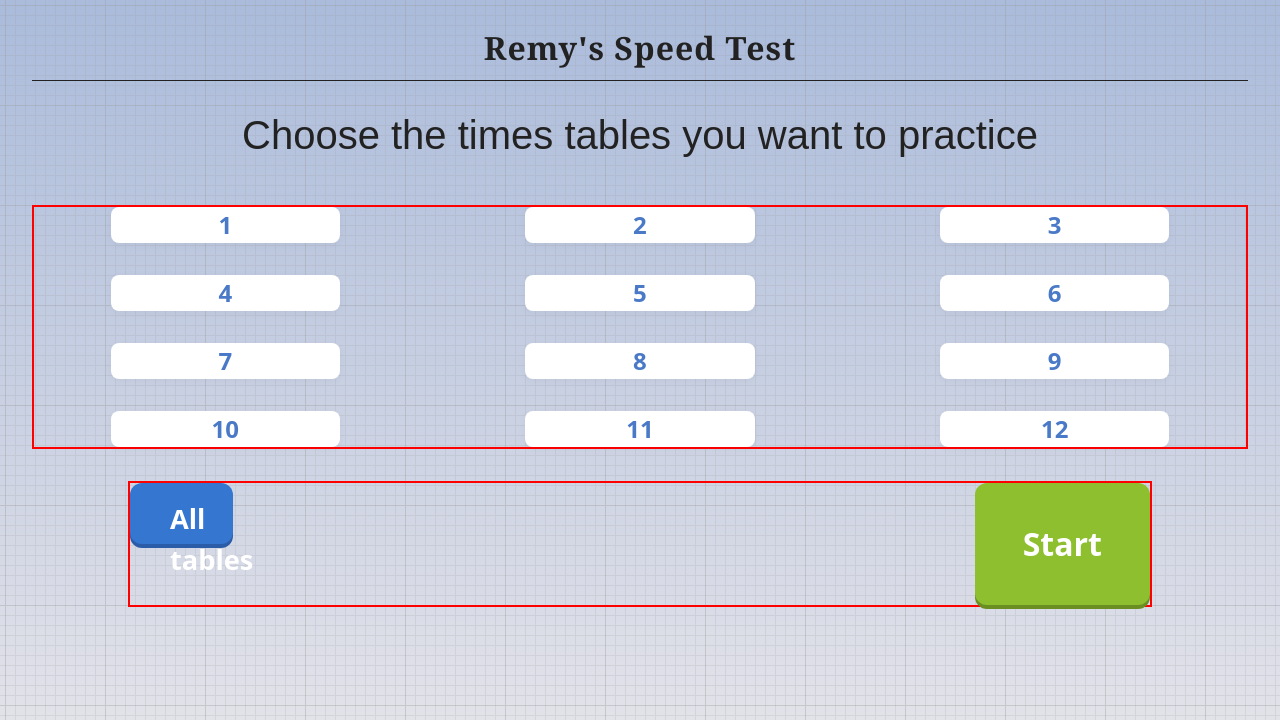
Repository: Chinurum-Omenuko/remys-speed-test
Page: / (app in app/)
These files come from the project's save history. The page is drawn as it stood at one moment and after the next save; the edit follows.
The browser window is 1280 px wide. The pictures show the whole page.
The project was rebuilt for these pictures with package versions that can differ from the ones it lists, and the page was loaded fresh each time. The framework's server and built-in components were replaced by stand-ins that run in the browser. Also part of the build but not shown: app/svelte.config.js, app/vite.config.ts.

Above is the page before, as saved 2025-11-17 13:37:45.

After the next save:
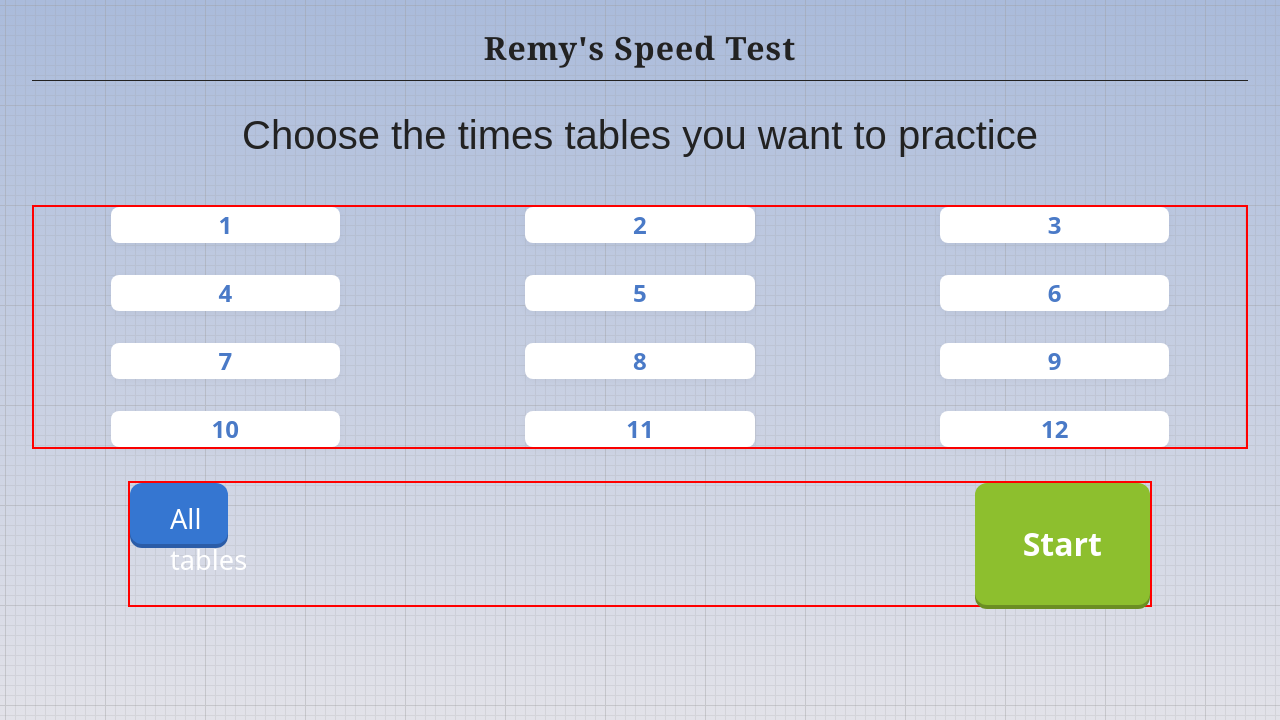
Saved 10 s later.
--- a/app/src/routes/+page.svelte
+++ b/app/src/routes/+page.svelte
@@ -159,9 +159,8 @@
 	}
 	.blue-btn {
 		background:  #3576d1;
-		color: #fff;
-
-		font-weight: 600;
+
+
 		border: none;
 		border-radius: 12px;
 		padding: 1rem 2.5rem;
